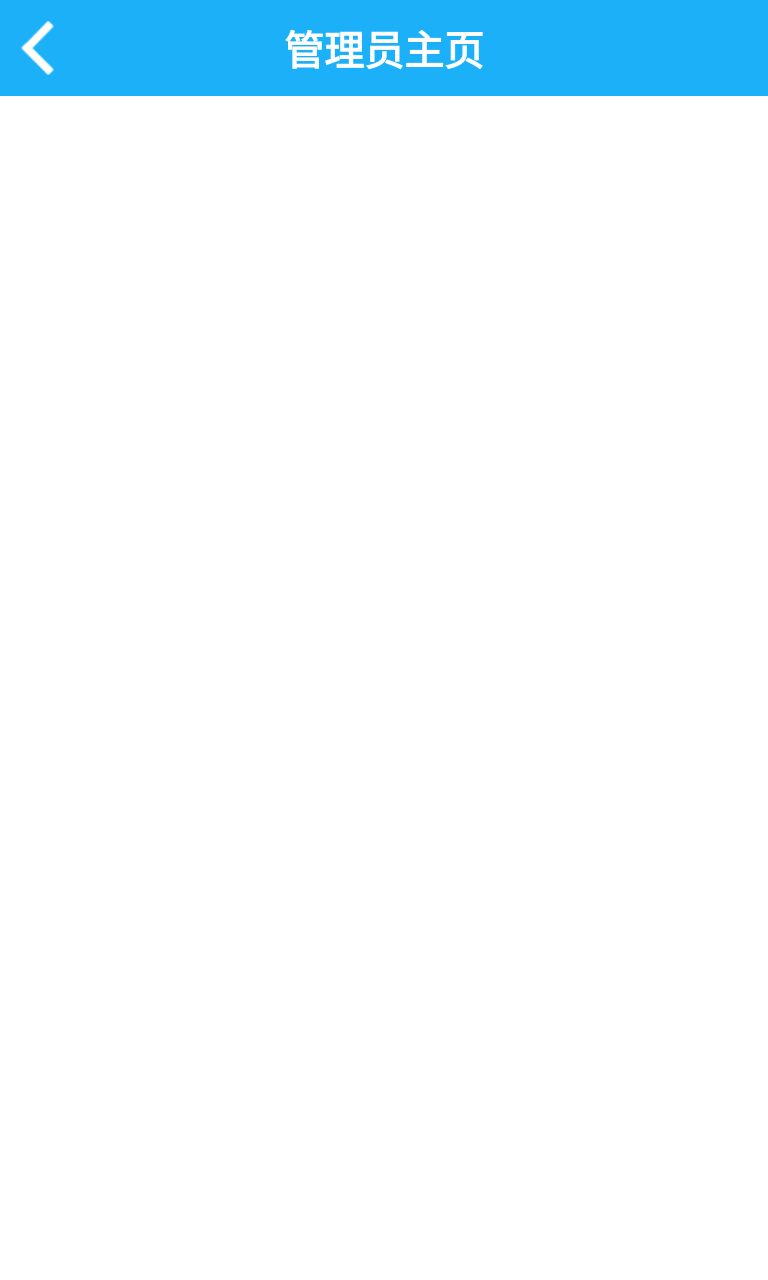
Repository: 15862175370/MyProject
Layout: 毕业设计系统源码_李伟/client/TeachSystem/res/layout/administrator_center.xml
The author's editor kept a copy of each file at every save. The layout is drawn from the files as they stood at one save, then again after the next save.
It is drawn on a 768 x 1280 px phone screen (xhdpi) without system bars, with theme AppTheme; the app's code is not run.

Above is the layout before, as saved 2016-05-20 07:28:16.

After the next save:
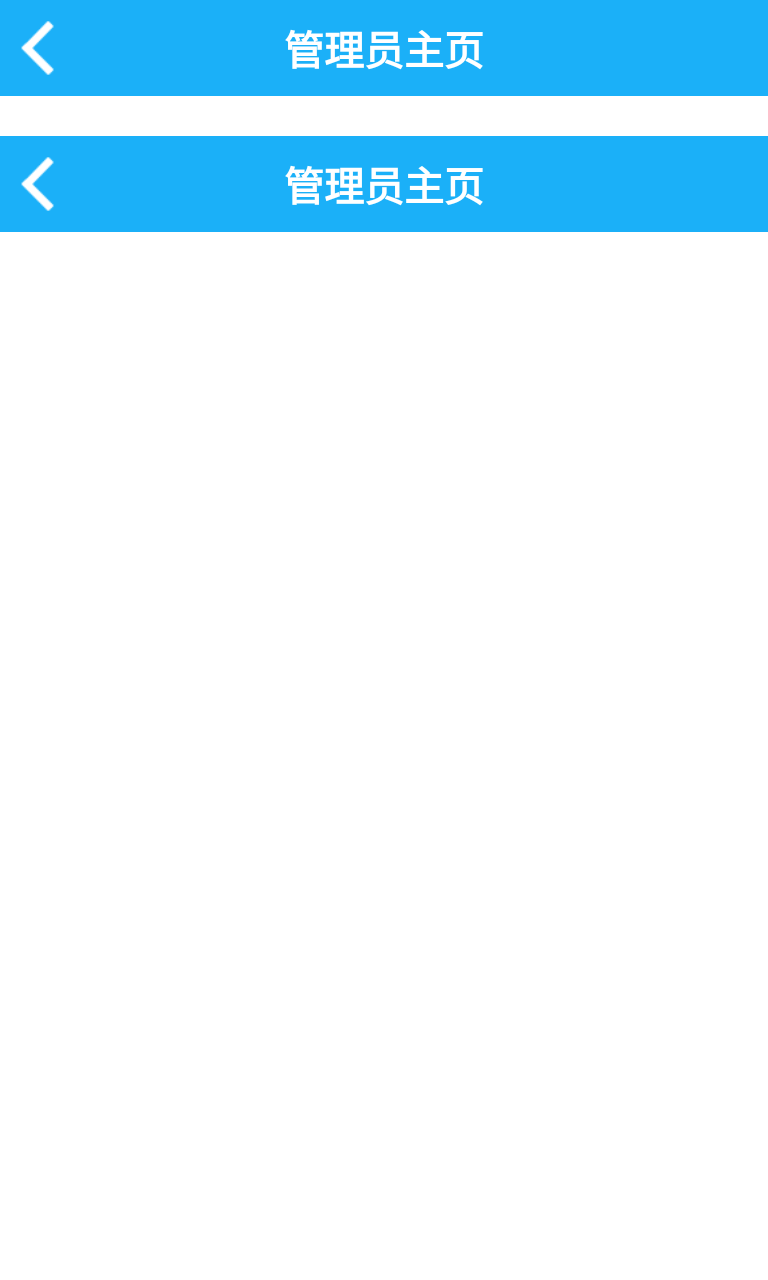
Saved 15 min 17 s later.
--- a/毕业设计系统源码_李伟/client/TeachSystem/res/layout/administrator_center.xml
+++ b/毕业设计系统源码_李伟/client/TeachSystem/res/layout/administrator_center.xml
@@ -42,5 +42,42 @@
             android:textStyle="bold" />
     </RelativeLayout>
 
+    <RelativeLayout
+        android:layout_marginTop="20dp"
+        android:id="@+id/bjmgf_sdk_dock_pay_center_title_LayoutId"
+        android:layout_width="match_parent"
+        android:layout_height="48dp"
+        android:background="#1bb0f8" >
+
+        <RelativeLayout
+            android:id="@+id/bjmgf_sdk_dock_pay_center_closeLlId"
+            android:layout_width="wrap_content"
+            android:layout_height="wrap_content"
+            android:layout_alignParentLeft="true"
+            android:layout_centerVertical="true"
+            android:paddingBottom="10dp"
+            android:paddingLeft="10dp"
+            android:paddingRight="20dp"
+            android:paddingTop="10dp" >
+
+            <ImageView
+                android:id="@+id/bjmgf_sdk_closeAboutBtnId"
+                android:layout_width="wrap_content"
+                android:layout_height="wrap_content"
+                android:layout_centerVertical="true"
+                android:src="@drawable/bjmgf_sdk_back" />
+        </RelativeLayout>
+
+        <TextView
+            android:id="@+id/bjmgf_sdk_messageTextViewId"
+            android:layout_width="wrap_content"
+            android:layout_height="wrap_content"
+            android:layout_centerInParent="true"
+            android:gravity="center"
+            android:text="管理员主页"
+            android:textColor="#ffffff"
+            android:textSize="20sp"
+            android:textStyle="bold" />
+    </RelativeLayout>
 
 </LinearLayout>
